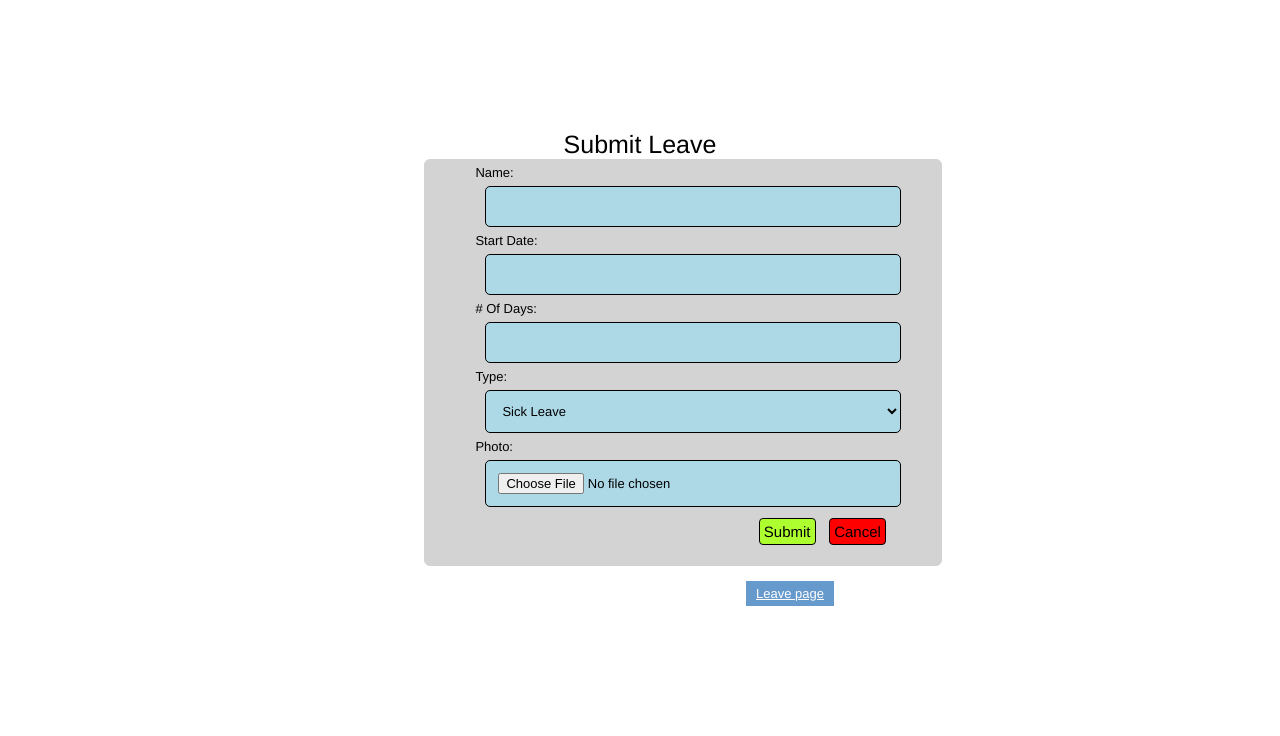
Repository: Murad71/BasicCRUD
Page: index.html
The author's editor kept a copy of each file at every save. The page is drawn from the files as they stood at one save, then again after the next save.
The browser window is 1280 px wide. The pictures show the whole page.

Above is the page before, as saved 2023-04-18 21:43:25.

### index.html
<!DOCTYPE html>
<html lang="en">
  <head>
    <meta charset="UTF-8" />
    <meta http-equiv="X-UA-Compatible" content="IE=edge" />
    <meta name="viewport" content="width=device-width, initial-scale=1.0" />
    <link rel="stylesheet" href="index.css" />
    <title>Leave Request</title>
  </head>
  <body>
    <div class="flex1">
      <form id="form1">
        <header>Submit Leave</header>
        <div class="container">
          <label for="name">Name:</label>
          <input type="text" id="name" name="name" />
          <br />
          <label for="startdate">Start Date:</label>
          <input type="text" id="startdate" name="startdate" />
          <br />
          <label for="days"># Of Days:</label>
          <input type="text" id="days" name="days" />
          <br />
          <label for="leaves">Type:</label>
          <select id="leave" name="leaves" required>
            <option value="Sick leave">Sick Leave</option>
            <option value="Early leave">Early Leave</option>
            <option value="Vacation leave">Vacation Leave</option>
            <option value="Other">Other</option>
          </select>
          <br />
          <label for="photo">Photo:</label>
          <input type="file" id="photo" name="photo"/>
          <div class="button-container">
            <input type="submit" value="Submit" id="submitButton"/>
            <input type="reset" value="Cancel" class="cancel" />
          </div>
        </div>
      </form>
      <div class="anchorContainer">
        <a href="index1.html"> Leave page</a>
        <!--Added the hyperlink here-->
      </div>
    </div>
    <script src="script.js"></script>
  </body>
</html>

### index.css
* {
  box-sizing: border-box;
  font-family: "Franklin Gothic Medium", "Arial Narrow", Arial, sans-serif;
  font-size: small;
}

.flex1
{
  align-items: center;
  display: flex;
  justify-content: center;
  height: 100vh;
  flex-direction: column;
}

.container {
  background-color: lightgray;
  padding: 5px 50px 15px 50px;
  border: 1px solid lightgray;
  border-radius: 6px;
  flex-direction: column;
  margin-bottom: 15px;
  width: 120%;
}

header {
  font-size: 25px;
  text-align: center;
}

input[type="text"],
input[type="file"],
select,
textarea {
  width: 100%;
  padding: 12px;
  margin: 6px;
  border: 1px solid;
  border-radius: 5px;
  margin-left: 10px;
  background-color: lightblue;
}

.button-container {
  text-align: right;
}

input[type="submit"],
input[type="reset"] {
  font-size: 15px;
  border: 1px solid;
  margin: 5px;
  padding: 4px;
  background-color: greenyellow;
  border-radius: 4px;
}

input[type="reset"].cancel {
  background-color: red;
}

.anchorContainer {
  margin-left: 300px;
}

a {
  display: inline-block;
  background: #69c;
  color: #fff;
  padding: 5px 10px;
}

### script.js
let storage=JSON.parse(localStorage.getItem('store')) || [];
let index=JSON.parse(localStorage.getItem('rIndex')) || null;
const submitButtonCatch=document.getElementById("submitButton");
const img= new Image();

//after clicking the submit button
submitButtonCatch.addEventListener("click",() =>{
    const form=document.getElementById("form1");
    let object={};
    let flag=true;

    object["id"]= Date.now();
    for(let i=0;i<form.length;i++)
    {
        if(form.elements[i].name=="photo")
        {
            object[form.elements[i].name]= img.src;
        }
        else
        {
            object[form.elements[i].name]=form.elements[i].value;
        }
        if(form.elements[i].value=='')
        {
            flag=false;
            alert("WARNING: Fill all the given Input correctly.");
            break;
        }
        if(form.elements[i].name=="days" && (form.elements[i].value>7 || form.elements[i].value<1))
        {
            flag=false;
            alert("WARNING: Enter a valid number for vacation");
            break;
        }
    }

    if(flag)
    {
        alert("Your data has been submitted Successfully!!");
        if(index!=null)
        {
            storage[index]=object;
            index=null;
        }
        else storage.push(object);


        localStorage.setItem('store',JSON.stringify(storage));
        localStorage.setItem('rIndex',JSON.stringify(index));
        form.reset();
    }
});


//base64 conversion
const fileEl= document.getElementById('photo');
fileEl.addEventListener('change', () =>{

    const fr= new FileReader();
    fr.readAsDataURL(fileEl.files[0]);

    fr.addEventListener('load', ()=>{

        const url= fr.result;
        img.src= url;

    });

});


console.log(storage);



// let submitButtonClicked=document.getElementById("submitButton");
// let indx=0;
// let flag= true;
// let obj={};

// submitButtonClicked.addEventListener('click',() =>{

//     const form= document.getElementById('form1');
//     obj["id"]= indx;
//     indx++;
//     for(let i=0; i<form.length; i++)
//     {
//         obj[form.elements[i].name]=form.elements[i].value;
//         if(form.elements[i].value=='')
//         {
//             flag=false;
//             alert("WARNING: Fill all the given Input correctly.");
//             break;
//         }
//         if(form.elements[i].name=="days" && (form.elements[i].value>7 || form.elements[i].value<1))
//         {
//             flag=false;
//             alert("WARNING: Enter a valid number for vacation");
//             break;
//         }
//     }

//     if(flag)
//     {
//         alert("Data entered successfully!");
//         insertData();
//     }

// });


// function intertData()
// {
//     const table = document.getElementsByClassName("tbody1")[0];
//           var row=document.createElement('tr');
//            row.innerHTML = `<td>${obj.name}</td>
//                 <td>${obj.startdate}</td>
//                 <td>${obj.days}</td>
//                 <td>${obj.leaves}</td>
//                 <td><img id="img" src=${obj.photo} alt=""></td>
//                 <td><a href="index.html" id="edit">Edit</a> <input type='button' value= 'Reject' name=${obj.id} id="reject"/></td>`;
//             table.appendChild(row);
// }

After the next save:
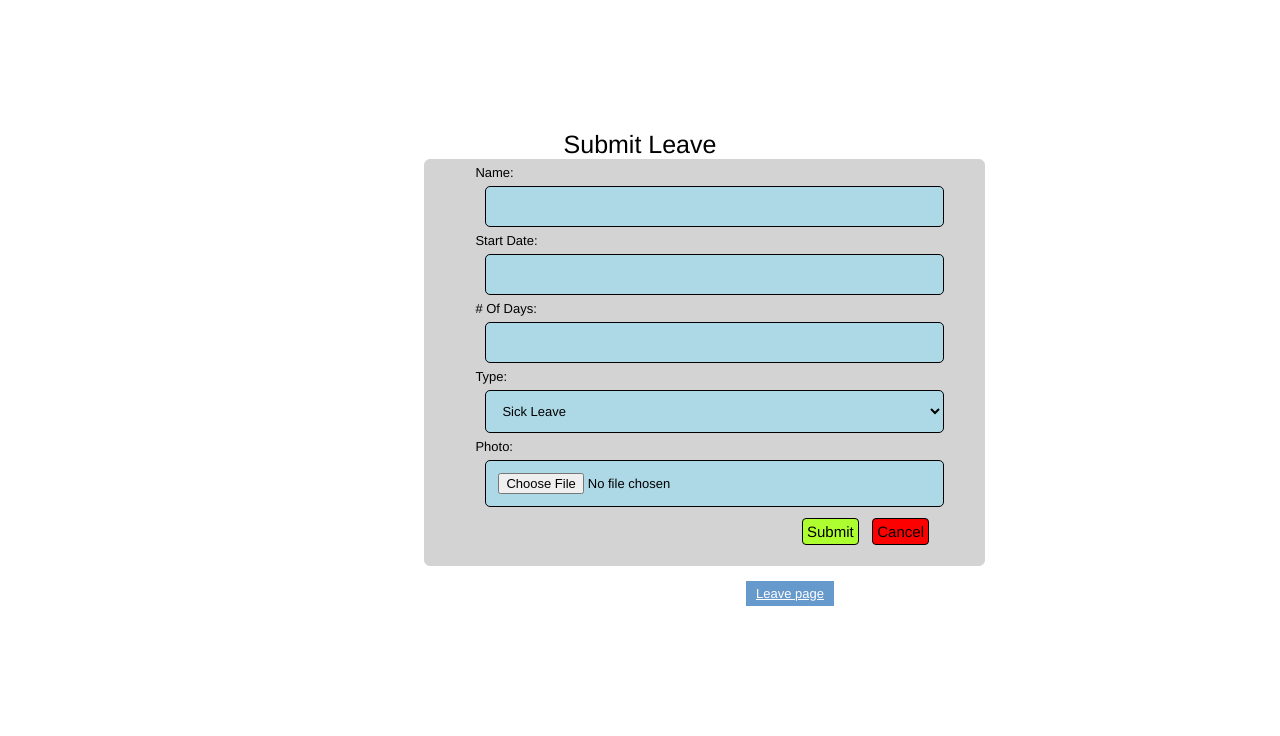
Saved 5 s later.
--- a/index.css
+++ b/index.css
@@ -20,7 +20,7 @@
   border-radius: 6px;
   flex-direction: column;
   margin-bottom: 15px;
-  width: 120%;
+  width: 130%;
 }
 
 header {
